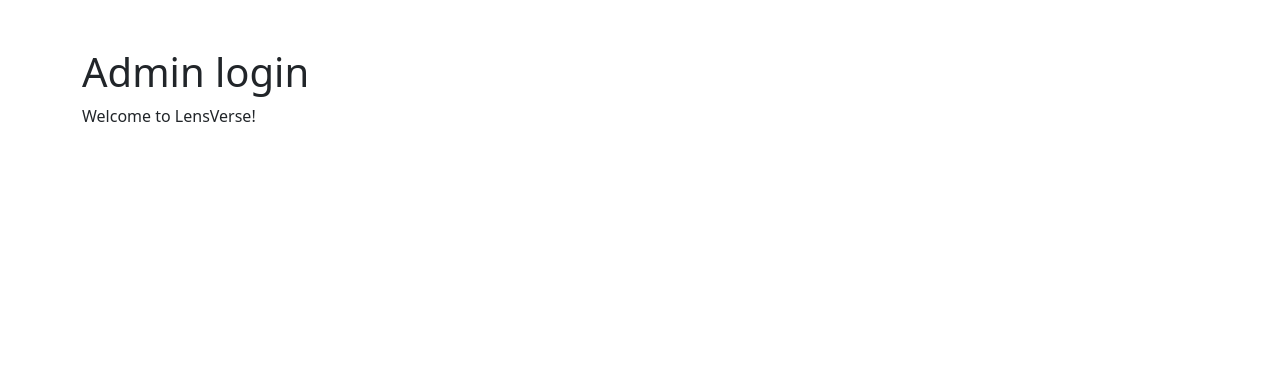
Repository: adithyakiran47/lensverseproject
Page: /admin-login (app in lensverse-client/)
The author's editor kept a copy of each file at every save. The page is drawn from the files as they stood at one save, then again after the next save.
The browser window is 1280 px wide. The pictures show the whole page.
The project was rebuilt for these pictures with package versions that can differ from the ones it lists, and the page was loaded fresh each time. Also part of the build but not shown: lensverse-client/src/pages/Home.js, lensverse-client/src/pages/Portfolio.js, lensverse-client/src/pages/Booking.js, lensverse-client/src/pages/About.js, lensverse-client/src/pages/AdminDashboard.js. Imported but missing from the stored project, and not drawn on this page: lensverse-client/src/reportWebVitals.

Above is the page before, as saved 2025-11-03 22:17:20.

### lensverse-client/src/App.js
import React from 'react';
import { BrowserRouter as Router, Routes, Route } from 'react-router-dom';


// Import your page components (create these next)
import Home from './pages/Home';
import Portfolio from './pages/Portfolio';
import Booking from './pages/Booking';
import About from './pages/About';
import AdminLogin from './pages/AdminLogin';
import AdminDashboard from './pages/AdminDashboard';

function App() {
  return (
    <Router>
      <Routes>
        <Route path="/" element={<Home />} />
        <Route path="/portfolio" element={<Portfolio />} />
        <Route path="/booking" element={<Booking />} />
        <Route path="/about" element={<About />} />
        <Route path="/admin-login" element={<AdminLogin />} />
        <Route path="/admin-dashboard" element={<AdminDashboard />} />
      </Routes>
    </Router>
  );
}

export default App;

### lensverse-client/src/pages/AdminLogin.js
import React from 'react';

const AdminLogin = () => {
  return (
    <div className="container mt-5">
      <h1>Admin login</h1>
      <p>Welcome to LensVerse!</p>
    </div>
  );
};

export default AdminLogin;

### lensverse-client/src/components/Navbar.js
import React from 'react';
import { Link } from 'react-router-dom';

const Navbar = () => {
  return (
    <nav className="navbar navbar-expand-lg navbar-light bg-light">
      <div className="container">
        <Link className="navbar-brand" to="/">Lensverse</Link>
        <button className="navbar-toggler" type="button" data-bs-toggle="collapse" data-bs-target="#navmenu">
          <span className="navbar-toggler-icon"></span>
        </button>

        <div className="collapse navbar-collapse" id="navmenu">
          <ul className="navbar-nav ms-auto">
            <li className="nav-item"><Link className="nav-link" to="/">Home</Link></li>
            <li className="nav-item"><Link className="nav-link" to="/portfolio">Portfolio</Link></li>
            <li className="nav-item"><Link className="nav-link" to="/booking">Booking</Link></li>
            <li className="nav-item"><Link className="nav-link" to="/about">About</Link></li>
          </ul>
        </div>
      </div>
    </nav>
  );
};

export default Navbar;

Loaded but not shown: lensverse-client/src/index.js (common file); lensverse-client/src/index.css (common file)

After the next save:
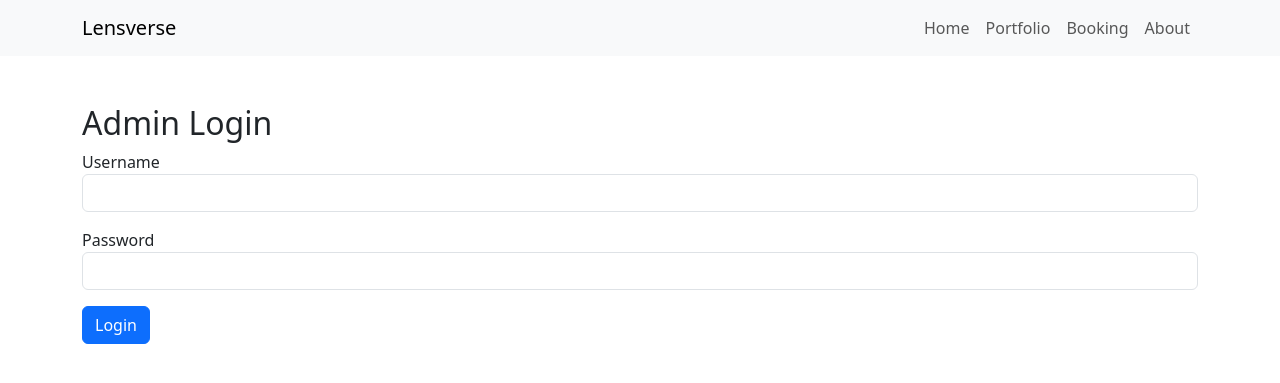
Saved 17 s later.
--- a/lensverse-client/src/pages/AdminLogin.js
+++ b/lensverse-client/src/pages/AdminLogin.js
@@ -1,11 +1,43 @@
-import React from 'react';
+import React, { useState } from 'react';
+import axios from 'axios';
+import { useNavigate } from 'react-router-dom';
+import Navbar from '../components/Navbar';
 
 const AdminLogin = () => {
+  const [formData, setFormData] = useState({ username: '', password: '' });
+  const navigate = useNavigate();
+
+  const handleChange = e => setFormData({ ...formData, [e.target.name]: e.target.value });
+
+  const handleSubmit = async e => {
+    e.preventDefault();
+    try {
+      const res = await axios.post('http://localhost:5000/api/admin/login', formData);
+      localStorage.setItem('adminToken', res.data.token);
+      navigate('/admin-dashboard');
+    } catch (err) {
+      alert('Invalid credentials');
+    }
+  };
+
   return (
-    <div className="container mt-5">
-      <h1>Admin login</h1>
-      <p>Welcome to LensVerse!</p>
-    </div>
+    <>
+      <Navbar />
+      <div className="container mt-5">
+        <h2>Admin Login</h2>
+        <form onSubmit={handleSubmit}>
+          <div className="mb-3">
+            <label>Username</label>
+            <input type="text" name="username" className="form-control" required onChange={handleChange} />
+          </div>
+          <div className="mb-3">
+            <label>Password</label>
+            <input type="password" name="password" className="form-control" required onChange={handleChange} />
+          </div>
+          <button type="submit" className="btn btn-primary">Login</button>
+        </form>
+      </div>
+    </>
   );
 };
 
